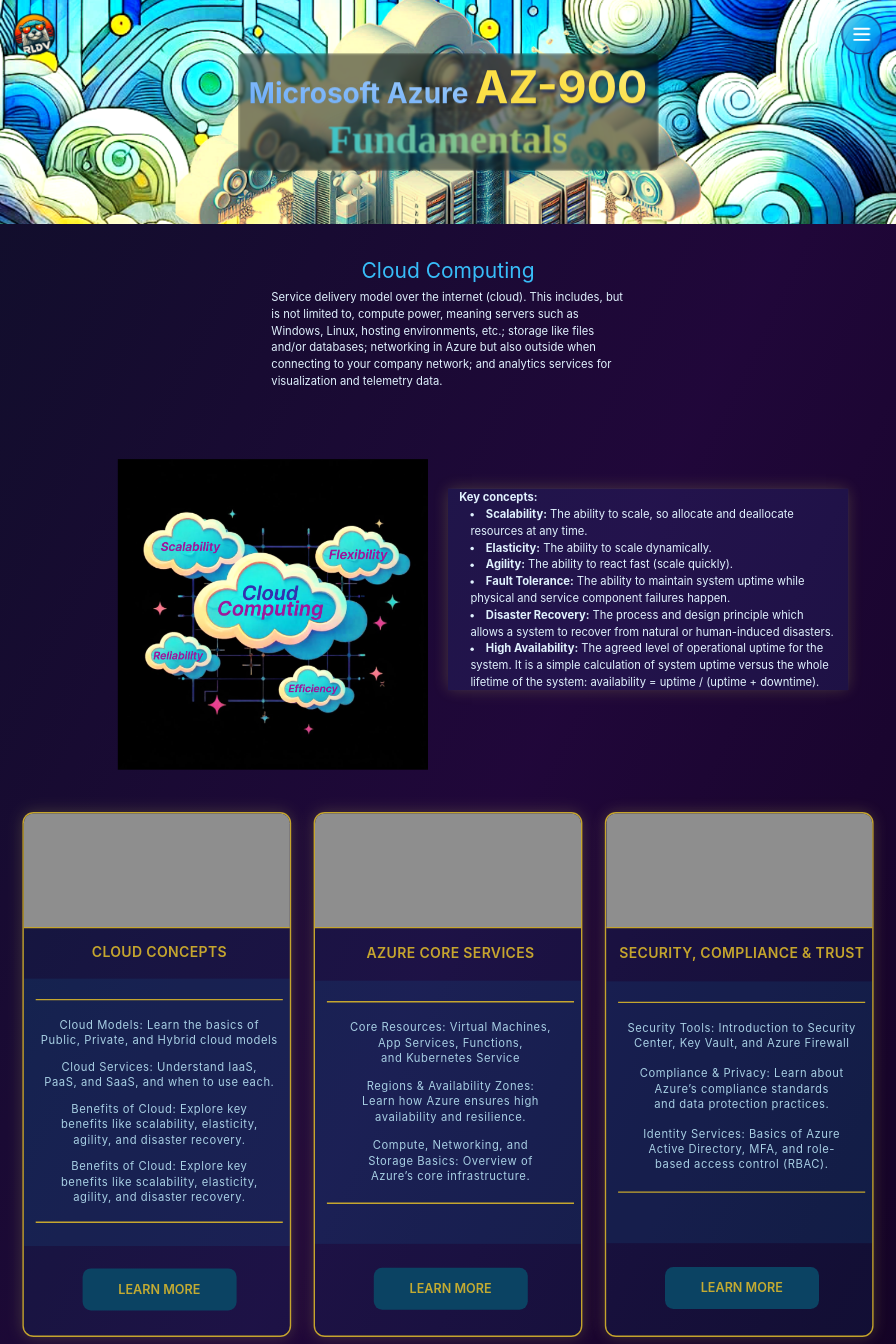
Repository: Freezler/az-900_svelte5
Page: /
These files come from the project's save history. The page is drawn as it stood at one moment and after the next save; the edit follows.
The browser window is 1280 px wide. The pictures show the part of the page from y = 0 to 1920 px (the page is 2638 px tall), at 70% of full size.
Pictures or frames that could not be fetched are drawn as grey boxes. The project was rebuilt for these pictures with package versions that can differ from the ones it lists, and the page was loaded fresh each time. The framework's server and built-in components were replaced by stand-ins that run in the browser. Also part of the build but not shown: vite.config.ts.

Above is the page before, as saved 2024-11-10 10:45:54.

### src/app.html
<!doctype html>
<html lang="en">
	<head>
		<meta charset="utf-8" />
		<link rel="icon" href="%sveltekit.assets%/favicon.png" />
		<meta name="viewport" content="width=device-width, initial-scale=1" />
		%sveltekit.head%
	</head>
	<body data-sveltekit-preload-data="hover" >
		<div style="display: contents">%sveltekit.body%</div>
	</body>
</html>

### src/routes/+layout.svelte
<script lang="ts">
	import '../app.css';
	let { children } = $props();

</script>

<div class="bg-gradient-to-br from-[#0d0c28fc] via-[#1b0135f9] to-[#10021e] bg-cover bg-center bg-no-repeat ">{@render children()}</div>

### src/routes/+page.svelte
<script lang="ts">
	import ComputingArticle from '../components/ComputingArticle.svelte';

	import Toggle from '../components/Toggle.svelte';
	import Header from '../components/Header.svelte';
	import Popover from '../components/Menu.svelte';
	import Cards from '../components/Cards.svelte';
	import Login from '../components/Login.svelte';
</script>

<header class="">
	<Popover />
	<Header />
</header>
<main>
	<section>
		<ComputingArticle />
		<Cards />
	</section>
	<aside><Toggle /></aside>
	<footer><Login /></footer>
</main>

### src/app.css
@tailwind base;
@tailwind components;
@tailwind utilities;

:root {
  --text-color  : rgba(244, 205, 48, 0.888);
  --bg-color    : hsla(217, 87%, 3%, 0.298);
  --bg-color2   : hsla(299, 91%, 31%, 0.974);
  --bg-gradient : 135deg, rgba(237, 249, 10, .7) 0%, rgba(216, 204, 37, 0.7) 35%, rgba(0, 212, 255, 0.7) 100%;
  --bg-gradient2: 90deg, rgba(216, 204, 37, 0.5) 0%, rgba(0, 212, 255, 0.5) 70%;
}

* {
  margin     : 0;
  padding    : 0;
  box-sizing : border-box;
  user-select: none;
  /* outline : 1px dotted red; */
}

body {
  font-family: 'Inter', sans-serif;


}

### src/components/ComputingArticle.svelte
<div class="grid items-center justify-center gap-2 place-self-center text-sky-100 max-w-[50ch]  pt-12">
	<h2 class="text-3xl text-center text-sky-400">Cloud Computing</h2>
	<p>
		Service delivery model over the internet (cloud). This includes, but is not limited to, compute
		power, meaning servers such as Windows, Linux, hosting environments, etc.; storage like files
		and/or databases; networking in Azure but also outside when connecting to your company network;
		and analytics services for visualization and telemetry data.
	</p>
</div>

<section class="grid items-center grid-cols-1 lg:grid-cols-2 justify-center place-items-center place-self-center place-content-center gap-0	z-10 text-start">
	<img
		src="../public/images/cloud.png"
		alt="cloudSolutions"
		loading="lazy"

		class=" text-sky-100  w-[572px] "
	/>
	<article
		class=" bg-blue-500/10  text-sky-100 px-4 w-[572px] prounded-xl shadow-[0_0px_22px_rgba(255,255,99,0.2)]"
	>
		<p><strong>Key concepts:</strong></p>
		<ul class="list-inside list-disc pl-4">
			<li>
				<strong>Scalability:</strong> The ability to scale, so allocate and deallocate resources at any
				time.
			</li>
			<li><strong>Elasticity:</strong> The ability to scale dynamically.</li>
			<li><strong>Agility:</strong> The ability to react fast (scale quickly).</li>
			<li>
				<strong>Fault Tolerance:</strong> The ability to maintain system uptime while physical and service
				component failures happen.
			</li>
			<li>
				<strong>Disaster Recovery:</strong> The process and design principle which allows a system to
				recover from natural or human-induced disasters.
			</li>
			<li>
				<strong>High Availability:</strong> The agreed level of operational uptime for the system. It
				is a simple calculation of system uptime versus the whole lifetime of the system: availability
				= uptime / (uptime + downtime).
			</li>
		</ul>
	</article>
</section>

### src/components/Toggle.svelte
<script lang="ts">

	let name = $state('Randy');
	let status: 'DARK' | 'LIGHT' = $state('DARK');
	let full_name = $derived(name + ' ' + 'de vries');

	function toggle() {
		status = status === 'DARK' ? 'LIGHT' : 'DARK';
	}

	function onclick() {
		status = status === 'DARK' ? 'LIGHT' : 'DARK';
		window.document.body.classList.toggle('dark-mode')
	}
</script>

<div class="max-w-[400px] mx-auto grid place-items-center items-center justify-center gap-2 border-2 p-4  py-8 my-4 bg-yellow-600/10">
		<p class="text-2xl font-serif text-white ">
			set theme: <span class="font-sans {status === 'LIGHT' ? 'text-gray-200' : 'text-red-900'}">{status}</span>
		</p>

		<!-- <button on:click={toggle}>toggle status</button> -->
		<button
			class=" w-[176px] rounded bg-blue-500 px-4 py-2 font-bold text-white hover:bg-blue-700 active:scale-[.98]"
			type="button"
			onclick={toggle}>Toggle theme</button
		>
	</div>

### src/components/Header.svelte
<script lang="ts">
	// Declare props
	let { name = 'AZ-900' } = $props();

	// Local state for the surname
	let surname = $state('Fundamentals');

	// Derived state for the full name
	let full_name = $derived(`${name} ${surname}`);
</script>

<div
	class="max-w-[100svw] z-100 mx-auto grid h-80 place-content-center place-items-center items-center justify-center bg-[url('/public/images/headImage.png')] bg-cover bg-top"
>
	<div class="grid backdrop-blur-[2px] px-4 rounded-lg backdrop-brightness-[.50] pb-4">
		<h1
			class="shadow-[rgba(7, 25, 224, 0.9)] drop bg-clip-text text-center text-[clamp(1rem,5vw,2.5rem)] font-bold text-transparent bg-gradient-to-tr from-blue-400 via-blue-300 to-blue-700  drop-shadow-[-2px_2px_2px_rgba(137, 25, 224, 0.9)]"
		>
			Microsoft Azure <span
				class="bg-gradient-to-tr from-yellow-300 via-yellow-300 to-yellow-200 bg-clip-text text-[clamp(2.8rem,5vw,8.5rem)] font-bold text-transparent drop-shadow-[2px_4px_2px_rgba(36,50,100,0.9)]"
				>{name}</span
			>
		</h1>
		<h3
			class="bg-clip-text text-6xl text-center text-[clamp(1rem,5vw,3.5rem)] font-[700] font-[montserrat] bg-gradient-to-r from-[hsl(192,88%,51%)] via-[--hsl(192,88%,71%)] to-[--text-color]  pb- text-transparent drop-shadow-[2px_4px_32px_rgba(6,100,150,0.9)] backdrop-brightness-[.90] "
		>
			{surname}
		</h3>
	</div>
</div>

### src/components/Menu.svelte
<script lang="ts">
	import { cubicInOut } from 'svelte/easing';
	import { fly } from 'svelte/transition';
	let showMenu: boolean = $state(false);


</script>

	<!-- Your existing code -->

<img
	src="/public/images/Design 2.png"
	alt="Ran form Logo"
	class="fixed left-[16px] top-[16px] w-[64px] rounded-full z-[200]"
/>
<button
	onclick={() => (showMenu = !showMenu)}
	class="fixed right-[20px] top-[20px] flex  h-[58px] w-[58px] items-center justify-center rounded-full bg-blue-600/20 backdrop-blur text-white border-2 border-blue-900"
>
	<svg
		xmlns="http://www.w3.org/2000/svg"
		class="h-8 w-8"
		fill="none"
		viewBox="0 0 24 24"
		stroke="currentColor"
	>
		{#if showMenu}
			<path
				stroke-linecap="round"
				stroke-linejoin="round"
				stroke-width="2"
				d="M6 18L18 6M6 6l12 12"
			/>
		{:else}
			<path
				stroke-linecap="round"
				stroke-linejoin="round"
				stroke-width="2"
				d="M4 6h16M4 12h16M4 18h16"
			/>
		{/if}
	</svg>
</button>

{#if showMenu}
	<ul
		class="items-center justify-center fixed bottom-0 right-0 z-100 grid h-[50vh] w-[100vw] border-t border-blue-900 place-content-center bg-blue-600/20 backdrop-blur text-white uppercase text-center text-xl z-[200]"
		transition:fly={{ y: 100, duration: 420, easing: cubicInOut }}
	>
		<li class="px-2 py-4 w-[80vw] underline underline-offset-4 transition-colors ease-linear duration-400 hover:bg-blue-600/20 rounded-t-lg  bg-blue-200/30">
			<a href="/">Home</a>
		</li>
		<li class=" px-2 py-4 transition-colors hover:underline underline-offset-4  ease-linear duration-400 hover:bg-blue-600/20  bg-blue-200/30">
			<a href="/concepts">Concepts</a>
		</li>
		<li class=" px-2 py-4 transition-colors hover:underline underline-offset-4 ease-linear duration-400 hover:bg-blue-600/20  bg-blue-200/30">
			<a href="/security">Security</a>
		</li>
		<li class="px-2 py-4 transition-colors  hover:underline underline-offset-4 ease-linear duration-400 hover:bg-blue-600/20 rounded-b-lg  bg-blue-200/30">
			<a href="/services">Services</a>
		</li>
	</ul>
{/if}

### src/components/Cards.svelte
<script>
	import { goto } from '$app/navigation';
	// Define your plans as an array of objects
	const concepts = [
		{
			url: 'concepts',
			image:
				'https://learn.microsoft.com/training/achievements/microsoft-azure-fundamentals-describe-cloud-concepts-social.png',
			name: 'Cloud Concepts',
			features: [
				'Cloud Models: Learn the basics of Public, Private, and Hybrid cloud models',
				'Cloud Services: Understand IaaS, PaaS, and SaaS, and when to use each.',
				'Benefits of Cloud: Explore key benefits like scalability, elasticity, agility, and disaster recovery.',
				'Benefits of Cloud: Explore key benefits like scalability, elasticity, agility, and disaster recovery.'

			]
		},
		{
			url: 'services',
			image:
				'https://images.unsplash.com/photo-1667372459510-55b5e2087cd0?q=80&w=1932&auto=format&fit=crop&ixlib=rb-4.0.3&ixid=M3wxMjA3fDB8MHxwaG90by1wYWdlfHx8fGVufDB8fHx8fA%3D%3D',
			name: 'Azure Core Services',
			features: [
				'Core Resources: Virtual Machines, App Services, Functions, and Kubernetes Service',
				'Regions & Availability Zones: Learn how Azure ensures high availability and resilience.',
				'Compute, Networking, and Storage Basics: Overview of Azure’s core infrastructure.'
			]
		},
		{
			url: 'security',
			image:
				'https://plus.unsplash.com/premium_photo-1700830452756-1a3f4314e564?q=80&w=1674&auto=format&fit=crop&ixlib=rb-4.0.3&ixid=M3wxMjA3fDB8MHxwaG90by1wYWdlfHx8fGVufDB8fHx8fA%3D%3D',
			name: 'Security, Compliance & Trust',
			features: [
				'Security Tools: Introduction to Security Center, Key Vault, and Azure Firewall',
				'Compliance & Privacy: Learn about Azure’s compliance standards and data protection practices.',
				'Identity Services: Basics of Azure Active Directory, MFA, and role-based access control (RBAC).'
			]
		}
	];
</script>

<section
	class="z-10 grid grid-rows-1 gap-8 py-8 md:grid-cols-2 md:gap-8 md:px-8 xl:grid-cols-3"
>
	{#each concepts as concept}
		<div
			class=" pt-1  grid grid-rows-[148px_64px_auto_auto] place-items-center overflow-hidden rounded-2xl border-2 border-[--text-color] bg-sky-600/10 pb-9 shadow-[0_0px_22px_rgba(255,255,99,0.2)] brightness-90 transition duration-700 hover:scale-[1.001] hover:border-[hsla(184,69%,60%,1)] hover:shadow-[2px_6px_12px_rgba(22,125,22,0.9)]"
		>
			<img
				src={concept.image}
				class=" z-10 h-[172px] pt-2  w-full border-b-2 border-[--text-color] object-cover object-center hover:border-[hsla(184,69%,60%,1)]"
				loading="lazy"
				alt="concept"
			/>
			<div class="row-span-2 grid grid-cols-subgrid place-items-center items-center justify-center">
				<h2 class="] mt-[28px] text-xl font-semibold uppercase tracking-wide text-[--text-color]">
					{concept.name}
				</h2>
			</div>

			<div
				class=" row-span-12 my-5 w-full grid grid-rows-subgrid place-items-start items-start gap-4 text-pretty border border-transparent bg-sky-500/10 px-4 pt-7 pb-6 text-center"
			>
				{#each concept.features as feature}
					<h3
						class="border-b-1 mx-auto  grid w-[35ch]  grid-rows-subgrid text-balance border-[--text-color] px-0 text-[14px] font-normal leading-snug tracking-wider text-sky-200 py-0 first:border-t-2 first:pt-6 last:pb-6 last:border-b-2 lg:text-[16px] border-s-fuchsia-400 ">
						{feature}
					</h3>
				{/each}
			</div>
			<button
				type="button"
				class="mx-auto mt-3 w-[220px] grid-cols-subgrid rounded-xl border-[2px_solid_var(--text-color)] bg-sky-900 px-8 py-4 text-base font-semibold uppercase text-[--text-color] transition duration-[420ms] hover:bg-sky-500 hover:text-white hover:shadow-[2px_2px_22px_rgb(65,183,255,0.9)] md:text-lg lg:text-lg"
				><a href="/{concept.url}">Learn more</a></button
			>
		</div>
	{/each}
</section>

### src/components/Login.svelte
<script>
	import { onMount } from 'svelte';
	let user = $state('Stranger');
	/**
	 * @param {any} response
	 */
	function googleLoginEndpoint(response) {
	  console.log('Google login successful:', response);
	}

	// onMount(() => {
	//   const script = document.createElement("script");
	//   script.src = "https://accounts.google.com/gsi/client";
	//   script.async = true;
	//   script.defer = true;
	//   document.head.appendChild(script);
	// });
</script>

<div class="relative flex min-h-[60vh] items-center justify-center py-16 ">
	<div class="flex w-full max-w-4xl flex-col overflow-hidden rounded-lg shadow-lg md:flex-row">
		<!-- Left side: Logo and Welcome message -->
		<div
			class="flex flex-col items-center justify-center bg-[url('/public/images/headImage.png')] bg-cover bg-center object-cover p-14 text-white md:w-1/2 "
		>
			<img
				src="/public/images/Design 2.png"
				alt="Ran form Logo"
				class="mb-4 h-40 w-40 rounded-full"
			/>
			<h2 class="text-2xl font-semibold p-2 rounded-xl bg-slate-600/50  ">Good Evening {user}!</h2>
			<p class="mt-2 text-center text-lg rounded-xl bg-slate-600/50  p-2 ">Log in to your account!</p>
		</div>

		<!-- Right side: Login Form -->
		<div
			class="flex flex-col items-center justify-center  h-[50vh] bg-blue-600/40 backdrop-blur pt-8 "
		>
			<!-- Google Login Button -->
			<div
				id="g_id_onload"
				data-client_id="YOUR_GOOGLE_CLIENT_ID"
				data-context="signin"
				data-callback="googleLoginEndpoint"
				data-close_on_tap_outside="false"
				data-prompt_parent_id="g_id_onload"
			></div>

			<button
				class="flex w-3/5 items-center justify-center space-x-2 rounded-full border border-gray-300 bg-white py-2 shadow-md hover:bg-gray-50 focus:outline-none"
			>
				<span class="fab fa-google text-gray-500"></span>
				<span class="text-gray-700">Continue with Google</span>
			</button>

			<!-- Divider -->
			<div class="my-4 flex w-full items-center">
				<hr class="flex-grow border-t border-gray-300" />
				<span class="px-3 text-gray-500">OR</span>
				<hr class="flex-grow border-t border-gray-300" />
			</div>

			<!-- Email Login Button -->
			<button
				class="flex w-3/5 items-center justify-center space-x-2 rounded-full border border-gray-300 bg-white py-2 shadow-md hover:bg-gray-50 focus:outline-none"
			>
				<span class="fa fa-user text-gray-500"></span>
				<span class="text-gray-700">Enter Email & Password</span>
			</button>

			<!-- Sign up and Terms Links -->
			<div class=" w-full text-center">
				<p class="text-sm text-red-300">
					Don't have an account? <a href="_blank" class="text-blue-600 hover:underline">Sign up</a>
				</p>
				<p class="mt-0 text-xs text-gray-500 w-[50ch]">
					By continuing, you agree to our <a href="_blank" target="_blank" class="hover:underline"
						>Terms of Service</a
					>
					and
					<a href="_blank" target="_blank" class="hover:underline">Privacy Policy</a>.
				</p>
			</div>
		</div>
	</div>
</div>

### tailwind.config.ts
import aspectRatio from '@tailwindcss/aspect-ratio';
import containerQueries from '@tailwindcss/container-queries';
import forms from '@tailwindcss/forms';
import typography from '@tailwindcss/typography';
// import type { Config } from 'tailwindcss';

export default {
	content: ['./src/**/*.{html,js,svelte,ts}'],


	theme: {
		extend: {
			animation: {



			},

			keyframes: {

			}

		}
	},

	plugins: [typography, forms, containerQueries, aspectRatio]
}

After the next save:
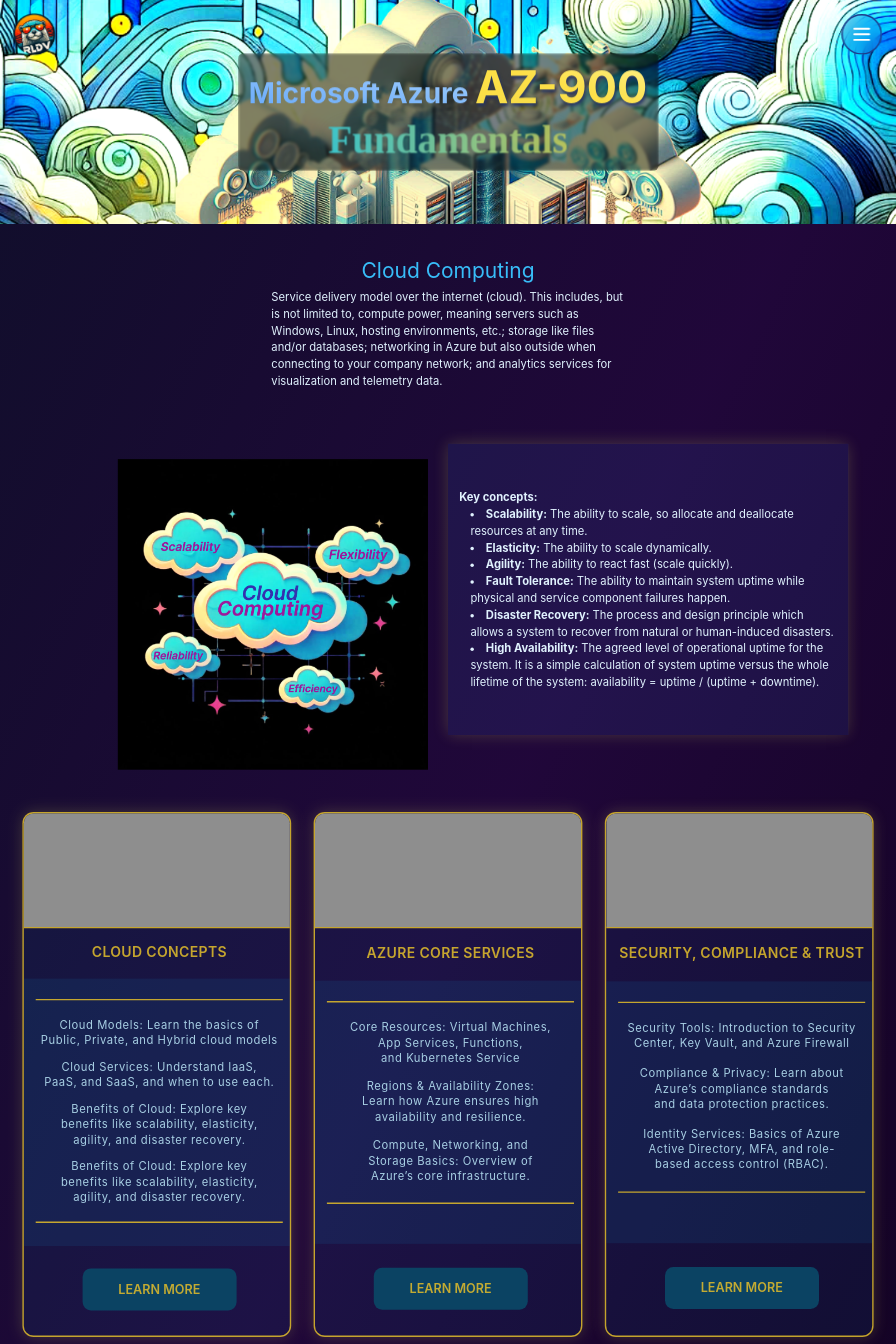
Saved 8 s later.
--- a/src/components/ComputingArticle.svelte
+++ b/src/components/ComputingArticle.svelte
@@ -17,7 +17,7 @@
 		class=" text-sky-100  w-[572px] "
 	/>
 	<article
-		class=" bg-blue-500/10  text-sky-100 px-4 w-[572px] prounded-xl shadow-[0_0px_22px_rgba(255,255,99,0.2)]"
+		class=" bg-blue-500/10  text-sky-100 px-4 py-16 w-[572px] prounded-xl shadow-[0_0px_22px_rgba(255,255,99,0.2)]"
 	>
 		<p><strong>Key concepts:</strong></p>
 		<ul class="list-inside list-disc pl-4">
